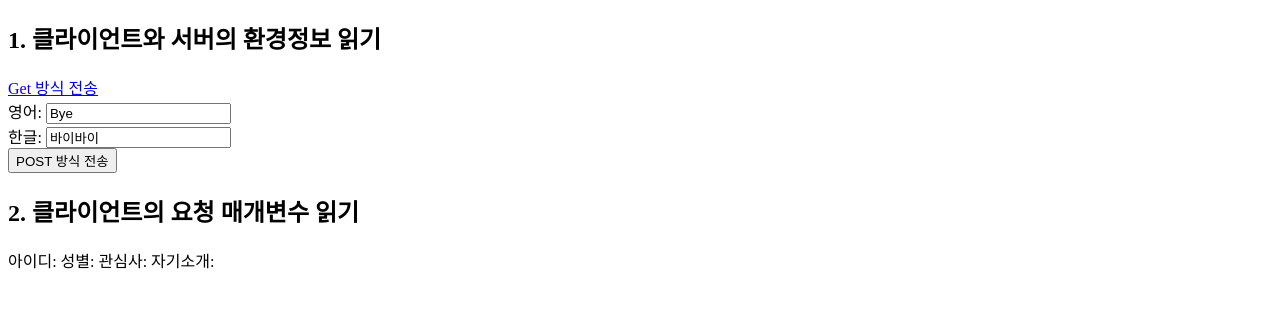
Repository: bhj305/JSP_Servlet
Page: http://localhost/MustHaveJSP/02ImplicitObject/RequestMain.jsp
An editor plug-in stored every save of this project. The page is shown before and after the next save, followed by the edit.
The browser window is 1280 px wide. The pictures show the whole page.
The page is served by Tomcat 10. Other server files are loaded and not shown.

Above is the page before, as saved 2025-05-02 05:49:42.

### MustHaveJSP/src/main/webapp/02ImplicitObject/RequestMain.jsp
<%@ page language="java" contentType="text/html; charset=UTF-8"
    pageEncoding="UTF-8"%>
<!DOCTYPE html>
<html>
	<head>
	<meta charset="UTF-8">
	<title>내장 객체 - request</title>
	</head>
	<body>
		<h2>1. 클라이언트와 서버의 환경정보 읽기</h2>
		<a href='./RequestWebInfo.jsp?eng=Hello&han=안녕'>
		Get 방식 전송
		</a>
		<br/>
		<form action="./RequestWebInfo.jsp" method="post" accept-charset="UTF-8">
			영어: <input type="text" name="eng" value="Bye" /><br/>
			한글: <input type="text" name="han" value="바이바이" /><br/>
			<input type="submit" value ="POST 방식 전송"/>
		</form>

		<h2>2. 클라이언트의 요청 매개변수 읽기</h2>
		<form method="post" action="RequestParameter.jsp">
			아이디:
			성별:
			관심사:
			자기소개:
		</form>
	</body>
</html>

After the next save:
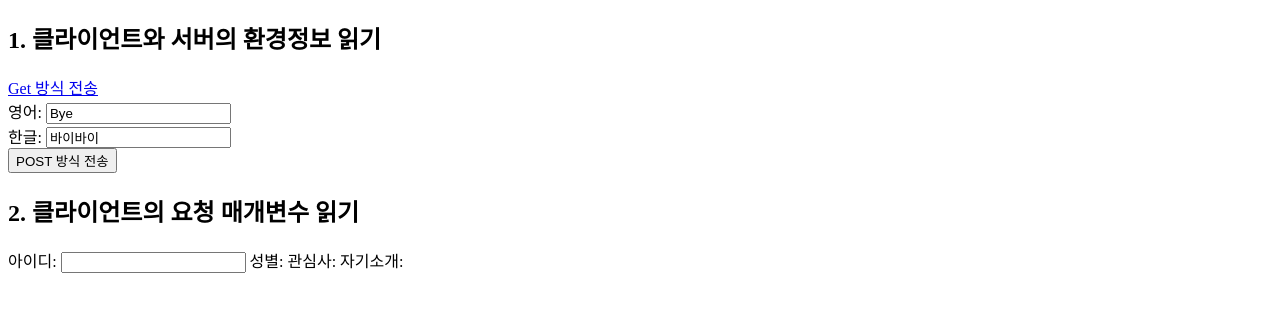
Saved 35 s later.
--- a/MustHaveJSP/src/main/webapp/02ImplicitObject/RequestMain.jsp
+++ b/MustHaveJSP/src/main/webapp/02ImplicitObject/RequestMain.jsp
@@ -20,7 +20,7 @@
 
 		<h2>2. 클라이언트의 요청 매개변수 읽기</h2>
 		<form method="post" action="RequestParameter.jsp">
-			아이디:
+			아이디: <input type="text" name="id" value="">
 			성별:
 			관심사:
 			자기소개:
